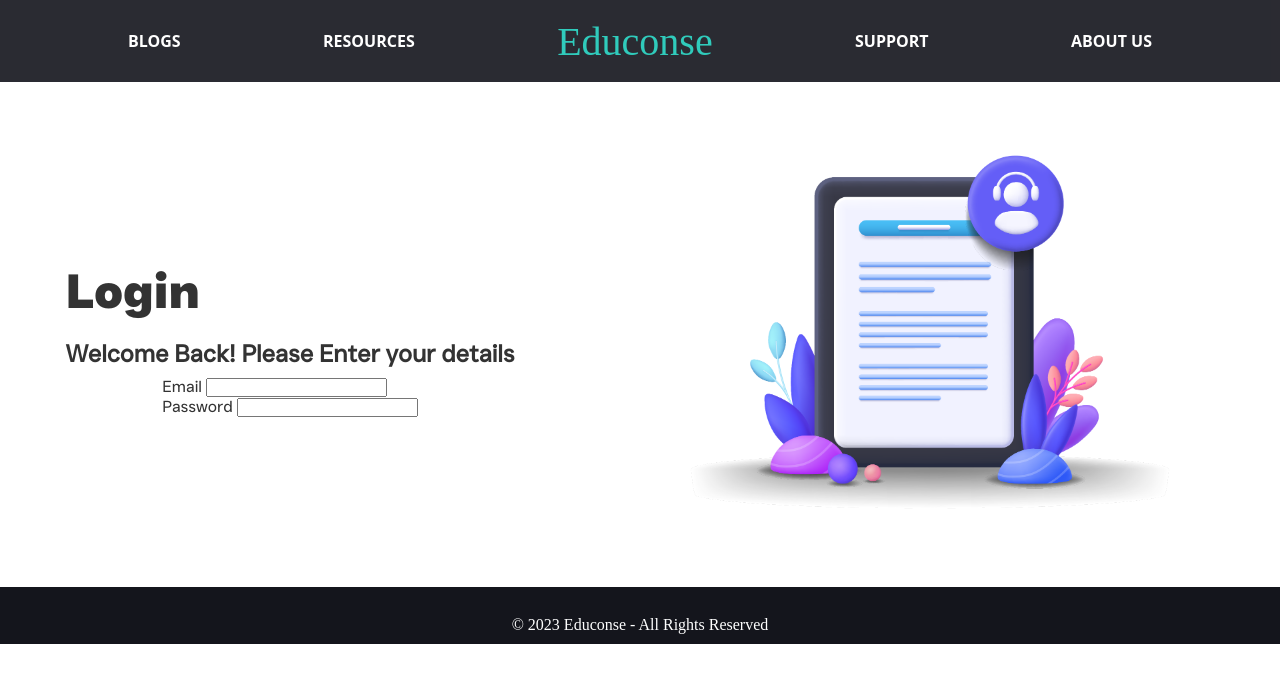
Repository: devajay07/educonse
Page: pages/login.html
An editor plug-in stored every save of this project. The page is shown before and after the next save, followed by the edit.
The browser window is 1280 px wide. The pictures show the whole page.

Above is the page before, as saved 2023-10-15 02:15:27.

After the next save:
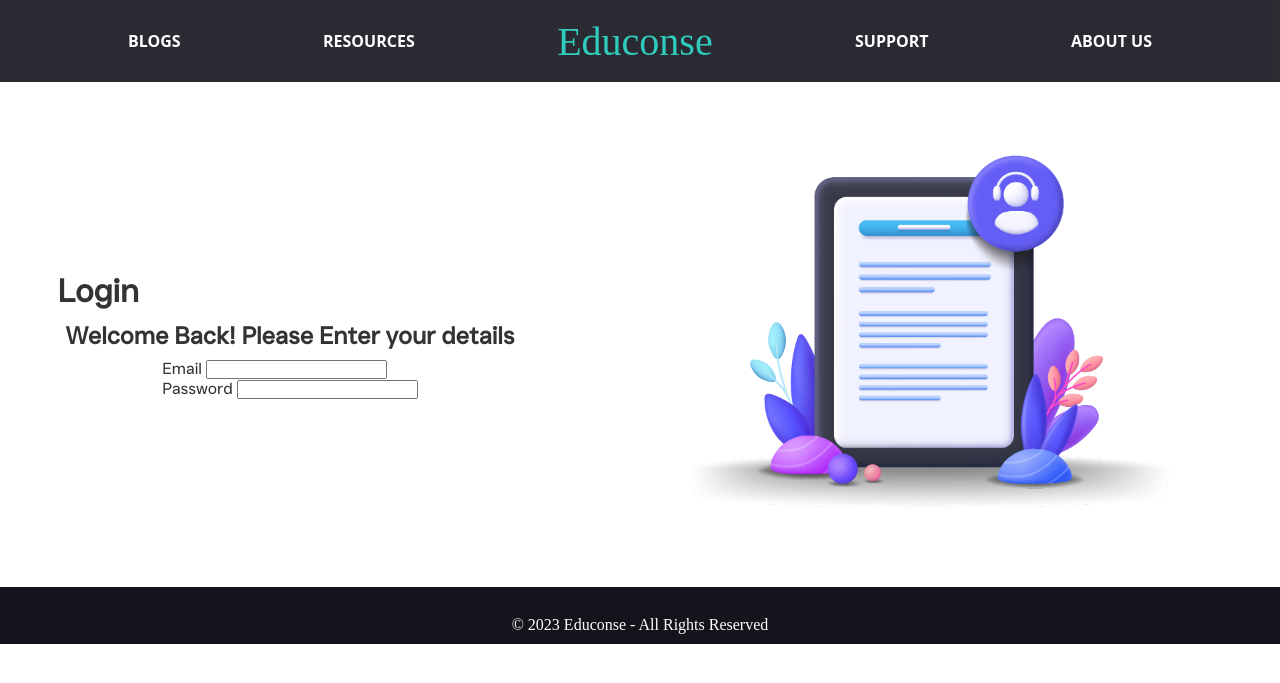
Saved 20 s later.
--- a/css/login.css
+++ b/css/login.css
@@ -21,7 +21,7 @@
   flex-direction: column;
   font-family: var(--brand-reg);
 }
-
+.input>
 .heading{
   font-family: var(--brand-bold);
   font-size: 3rem;

After the 2 saves that followed:
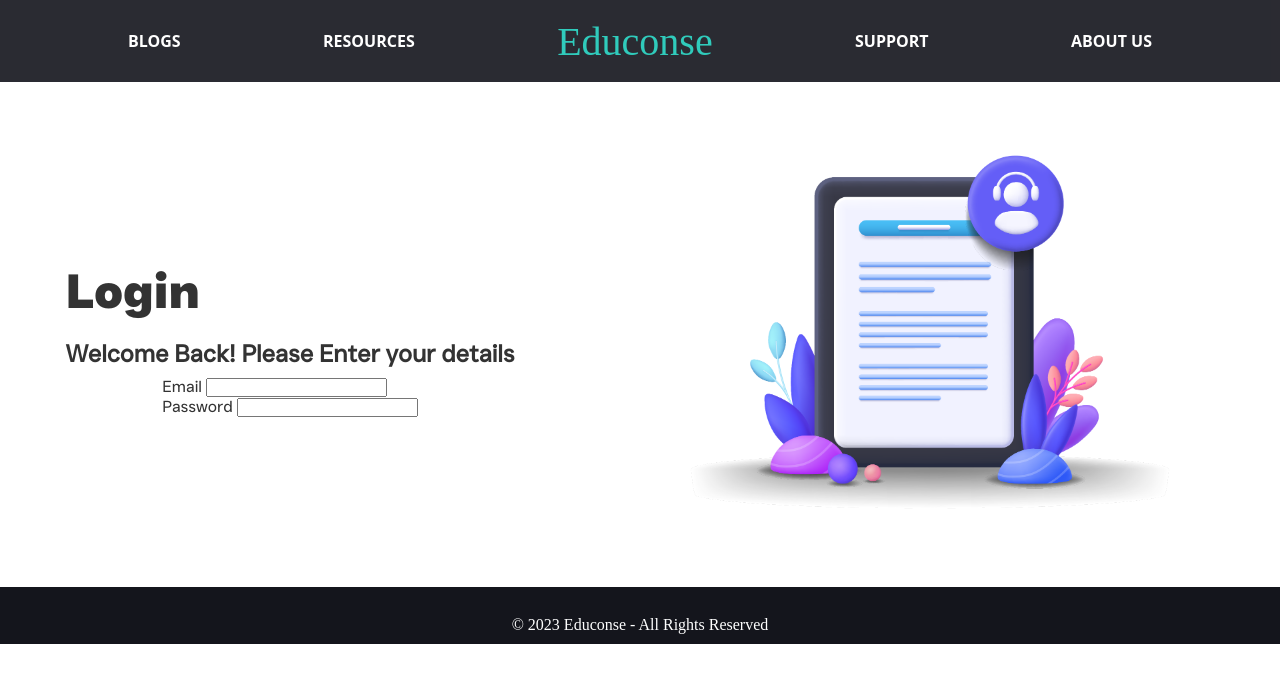
The 2 saves are shown as one change because they came seconds apart.
The last was saved 5 s later.
--- a/css/login.css
+++ b/css/login.css
@@ -21,7 +21,9 @@
   flex-direction: column;
   font-family: var(--brand-reg);
 }
-.input>
+.input>div{
+  padding:
+}
 .heading{
   font-family: var(--brand-bold);
   font-size: 3rem;
